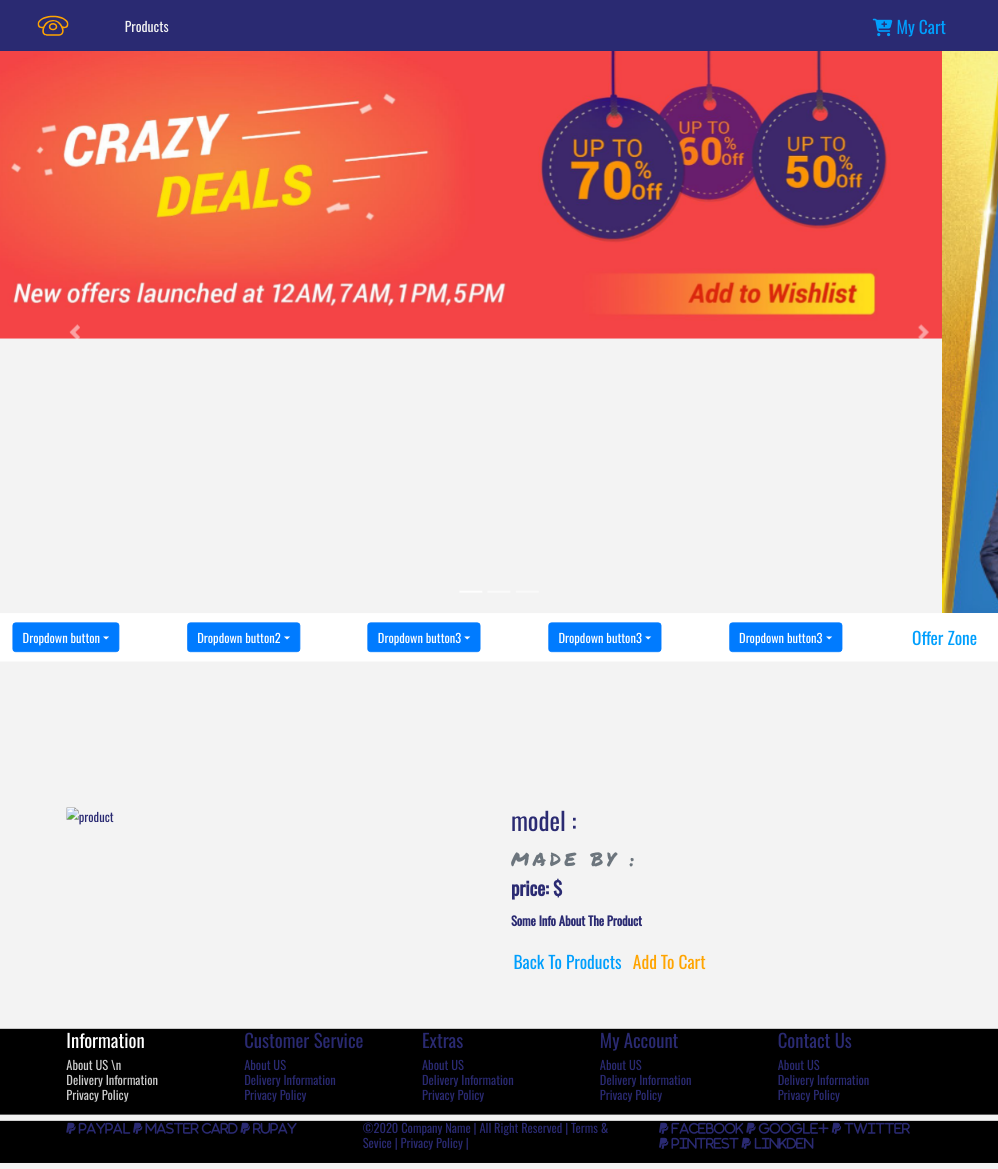
Repository: aditya1068/Online-Store
Page: /details
The author's editor kept a copy of each file at every save. The page is drawn from the files as they stood at one save, then again after the next save.
The browser window is 1280 px wide. The pictures show the whole page, at 78% of full size.
Some web libraries are served in a nearby version. The project was rebuilt for these pictures with package versions that can differ from the ones it lists, and the page was loaded fresh each time. Also part of the build but not shown: src/components/Products.js, src/components/Title.js, src/components/ProductsList.js, src/components/Cart.js, src/components/Default.js.

Above is the page before, as saved 2020-04-03 03:35:38.

### public/index.html
<!DOCTYPE html>
<html lang="en">
  <head>
    <meta charset="utf-8" />
    <link rel="icon" href="%PUBLIC_URL%/favicon.ico" />
    <meta name="viewport" content="width=device-width, initial-scale=1" />
    <meta name="theme-color" content="#000000" />
    <meta
      name="description"
      content="Web site created using create-react-app"
    />
    <link rel="apple-touch-icon" href="%PUBLIC_URL%/logo192.png" />
    <!--
      manifest.json provides metadata used when your web app is installed on a
      user's mobile device or desktop. See https://developers.google.com/web/fundamentals/web-app-manifest/
    -->
    <link rel="manifest" href="%PUBLIC_URL%/manifest.json" />
    <!--
      Notice the use of %PUBLIC_URL% in the tags above.
      It will be replaced with the URL of the `public` folder during the build.
      Only files inside the `public` folder can be referenced from the HTML.

      Unlike "/favicon.ico" or "favicon.ico", "%PUBLIC_URL%/favicon.ico" will
      work correctly both with client-side routing and a non-root public URL.
      Learn how to configure a non-root public URL by running `npm run build`.
    -->
    <!--Google Fonts-->
    <link href="https://fonts.googleapis.com/css?family=Oswald|Permanent+Marker&display=swap" rel="stylesheet">

    <!--Font Awesome-->
    <script src="https://kit.fontawesome.com/7ff98d2d13.js" crossorigin="anonymous"></script>
    <title>Store</title>
  </head>
  <body>
    <noscript>You need to enable JavaScript to run this app.</noscript>
    <div id="root"></div>
    <!--
      This HTML file is a template.
      If you open it directly in the browser, you will see an empty page.

      You can add webfonts, meta tags, or analytics to this file.
      The build step will place the bundled scripts into the <body> tag.

      To begin the development, run `npm start` or `yarn start`.
      To create a production bundle, use `npm run build` or `yarn build`.
    -->
  </body>
</html>

### src/index.js
import React from 'react';
import ReactDOM from 'react-dom';
import './index.css';
import 'bootstrap';
//import 'bootstrap/dist/css/bootstrap.css';
//import 'bootstrap/dist/js/bootstrap.js';
import App from './App';
import { BrowserRouter as Router } from 'react-router-dom';
import {ProductProvider } from './context';
import * as serviceWorker from './serviceWorker';

ReactDOM.render(
    <ProductProvider>

    <Router>
    <App/>
    </Router>

    </ProductProvider>,



 document.getElementById('root'));

// If you want your app to work offline and load faster, you can change
// unregister() to register() below. Note this comes with some pitfalls.
// Learn more about service workers: https://bit.ly/CRA-PWA
serviceWorker.unregister();

### src/App.js
import React, { Component } from "react";
import {Route,Switch} from 'react-router-dom';
import { BrowserRouter as  Router} from 'react-router-dom';
import './App.css';
import "bootstrap/dist/css/bootstrap.min.css";
import Navbar from "./components/Navbar";
import Navbar1 from "./components/Navbar1";
import ProductsList from "./components/ProductsList";
import Details from "./components/Details";
import Cart from "./components/Cart";
import Default from "./components/Default";
import Modal from './components/Modal';
import Slider from "./components/Slider";
import Footer from "./components/Footer";
import Footer2 from "./components/Footer2";

class App extends Component {
  render() {
    return(

      <Router>
        <Navbar />
        <Slider />
        <Navbar1 />

          <Switch>
            <Route path ="/" exact component ={
              () => (<ProductsList></ProductsList>)
            } />

            <Route path ="/details" exact component ={
              () => (<Details></Details>)
             } />

            <Route path ="/cart" exact component ={
              () => (<Cart></Cart>)
            } />

              <Route  component ={
              () => (<Default></Default>)
            } />

              </Switch>

            <Modal />
            <Footer /> <Footer2 />

  </Router>

    );
  }
}

export default App;

### src/App.css
:root{
  --mainBlue: #2a2a72;
  --lightBlue: #009ffd;
  --mainWhite: #f3f3f3;
  --mainDark: #232528;
  --mainYellow: #ffa400;
}
body{
    font-family: 'Oswald', sans-serif !important;
    background: var(--mainWhite)!important;
    color: var(--mainBlue)!important ;
}
.text-title{
font-family: 'Permanent Marker', cursive;
letter-spacing: 0.3rem;
text-transform: uppercase;
}
.text-blue{
  color: var(--mainBlue);
}
.text-bright{
  color: var(--lightBlue);
}
.btn-black{
  background: transparent;
  text-transform: capitalize;
  font-size: 0.6rem !important;
  color: var(--mainDark);
  border-radius: 0 !important;
  border: 0.1rem solid var(--mainDark) !important;
}

.btn-black:hover{
  background: var(--mainDark) !important;
  color: var(--mainWhite) !important;
}

.cart-icon{
  cursor: pointer;
  font-size: 1.2rem;
  color: var(--mainYellow);
}

### src/components/Navbar.js
import React, { Component } from 'react';
import {Link} from 'react-router-dom';
import logo from "../logo.svg";
import styled from "styled-components";
import {ButtonContainer} from  './button';
export default class Navbar extends Component{
    render(){
        return(

           <NavWrapper className="navbar navbar-expand-sm navbar-dark  px-sm-5">
               { /*
                https://www.iconfinder.com/icons/1243689/call_phone_icon
                Creative Commons (Attribution 3.0 Unported);
               https://www.iconfinder.com/Makoto_msk */}
    <Link to ='/' >
     <img src={logo} alt = "store" className="navbar-brand" />
    </Link>
    <ul className= "navbar-nav align-items-center">
        <li className="nav-item ml-5">
        <Link to= "/" className= "nav-link">
            products
            </Link>
            </li>
        </ul>
        <Link to= '/Cart' className="ml-auto">

        <ButtonContainer>
            <span className ="mr-2">
                <i className="fas fa-cart-plus"></i>  my cart
                </span> </ButtonContainer>
        </Link>
            </NavWrapper>
        );
    }
}

const NavWrapper =styled.nav`
background: var(--mainBlue);
.nav-link{
    color:var(--mainWhite)!important;
    font-size: 1.1rem;
    text-transform: capitalize;
}
`;

### src/components/Details.js
import React, { Component } from 'react';
import {ProductConsumer} from '../context';
import {Link} from 'react-router-dom';
import {ButtonContainer} from './button';
export default class Details extends Component{
    render(){
        return(

            <ProductConsumer>
                {(value)=>{
                    const {id,company,img,info,price,title,inCart}=
                    value.detailProduct;
                    return(
                        <div className="container py-5">
                            {/*title */}
                            <div className="row">
                                <div className="col-10 mx-auto text-center text-slanted text-blue my-5">
                                    <h1>{title}</h1>
                                    </div>
                            </div>

                            {/*end title */}
                            {/*Product info */}
                            <div className="row">
                                <div className="col-10 mx-auto col-md-6 my-3">

                                 <img src={img} className="img-fluid" alt="product"/>
                                </div>
                                {/* Product text */}
                                <div className="col-10 mx-auto col-md-6 my-3  text-capitalise">
                                    <h2>model :{title}</h2>
                                    <h4  className="text-title text-upercase text-muted mt-3 mb-2">
                                   made by : <span className="text-uppercase">
                                       {company}</span>  </h4>
                                       <h4 className="text-blue">
                                           <strong>
                                               price: <span>$</span>
                                          {price}
                                           </strong>
                                  </h4>
                                <p className="text-capitalize font-weight-bold mt-3 mb-0">
                                    some info about the product
                                </p>
                                <p className="text-muted lead">{info}</p>
                                {/* buttons */}
                                <div>
                                    <Link to="/">
                                        <ButtonContainer>back to products</ButtonContainer>
                                    </Link>
                                    <ButtonContainer cart
                                     disabled={inCart ? true : false}
                                     onClick={()=>{
                                        value.addToCart(id);
                                        value.openModal(id);
                                     }}
                                     >
                                        {inCart ? "inCart": "add to cart"}
                                    </ButtonContainer>

                                </div>
                            </div>
                        </div>
                        </div>
                    );
                }}

            </ProductConsumer>

        );
    }

}

### src/components/Modal.js
import React, { Component } from 'react'
import styled from 'styled-components';
import {ProductConsumer} from '../context';
import {ButtonContainer } from './button';
import {Link} from "react-router-dom";


export default class  extends Component {
    render() {
        return (
            <ProductConsumer>
                {(value) => {
                    const {modalOpen,closeModal} = value;
                    const {img,title,price} = value.modalProduct;

                    if(!modalOpen){
                        return null;
                    }

                    else{
                return (
                <ModalContainer>
    <div className="container">
    <div className="row">
      <div id="modal" className= "col-8 mx-auto col-md-6 col-lg-4 text-center text-capitalize">
    <h5>item added to the cart</h5>
    <img src={img} className="img-fluid" alt="product" />
    <h5>{title}</h5>
    <h5 className= "text-muted">price : $ {price} </h5>
    <Link to ='/'>
        <ButtonContainer onClick={()=>closeModal()}>
            continue Shopping
        </ButtonContainer>
    </Link>
    <Link to ='/cart'>
        <ButtonContainer cart onClick={()=>closeModal()}>
            go to Cart
        </ButtonContainer>
    </Link>
    </div>
    </div> </div>
                        </ModalContainer>
                        );

                }
            }}
            </ProductConsumer>
        );
    }
}

const ModalContainer = styled.div`
position:fixed;
top: 0;
left: 0;
right: 0;
bottom: 0;
background: rgba(0,0,0,0.3);
display: flex;
align-items: center;
justufy-content: center;
#modal{
    background: var(--mainWhite);
}
`;

### src/components/Slider.js
import React, { Component } from 'react'
import Carousel from 'react-bootstrap/Carousel'
//import Carousel from 'react-multi-carousel';
import 'react-multi-carousel/lib/styles.css';
import {Link} from 'react-router-dom';

export default class Slider extends Component {
    render() {
        return (
            <div>
                <Carousel>
  <Carousel.Item>
    <img
      className="d-block w-100"
      src="img/slider1.jpg"
      alt="First slide"
    />
    <Carousel.Caption>
      <h3></h3>
      <p></p>
    </Carousel.Caption>
  </Carousel.Item>
  <Carousel.Item>
    <img
      className="d-block w-100"
      src="img/slider2.jpg"
      alt="Second slide"
    />

    <Carousel.Caption>

    </Carousel.Caption>
  </Carousel.Item>
  <Carousel.Item>
    <img
      className="d-block w-100"
      src="img/slider3.jpg"
      alt="Third slide"
    />


  </Carousel.Item>
</Carousel>
            </div>
        )
    }
}

### src/components/Footer.js
import React, { Component } from 'react';


export default class Footer extends Component {
    render() {
      return (
          <div className="main-footer"  >
             <h1 style={{backgroundColor: "black"}}>
              <div className= "container">
              <div className= "row">
                  {/* column1 */}
                  <div className= "col">
                  <h4 style={{color: "#ffffff"}}>Information</h4>
                      <ul className="list-unstyled" style={{color: "#cccccc"}} >
                         <h6> <li>About US \n</li>
                          <li>Delivery Information</li>
                          <li>Privacy Policy</li></h6>
                      </ul>
                  </div>
                  {/* column2 */}
                  <div className= "col">
                      <h4>Customer Service</h4>
                      <ul className="list-unstyled">
                         <h6> <li>About US</li>
                          <li>Delivery Information</li>
                          <li>Privacy Policy</li></h6>
                      </ul>
                  </div>
                  {/* column3 */}
                  <div className= "col">
                      <h4>Extras</h4>
                      <ul className="list-unstyled">
                         <h6> <li>About US</li>
                          <li>Delivery Information</li>
                          <li>Privacy Policy</li></h6>
                      </ul>
                  </div>
                  {/*column 4 */}
                  <div className= "col">
                      <h4>My Account</h4>
                      <ul className="list-unstyled">
                        <h6>  <li>About US</li>
                          <li>Delivery Information</li>
                          <li>Privacy Policy</li></h6>
                      </ul>
                  </div>
                   {/*column 5 */}
                   <div className= "col">
                      <h4>Contact Us</h4>
                      <ul className="list-unstyled">
                        <h6>  <li>About US</li>
                          <li>Delivery Information</li>
                          <li>Privacy Policy</li></h6>
                      </ul>
                  </div>



                  </div>
              </div></h1>
          </div>

      )
      }}

### src/components/Footer2.js
import React, { Component } from 'react';

export default class Footer2 extends Component {
    render() {
      return (
        <div className="second-footer">
            <h1 style={{backgroundColor: "black"}}>
              <div className= "container">
              <div className= "row">
                  {/* column1 */}
                  <div className= "col">
                      <ul className="list-unstyled">
                        <h6> <i className="fab fa-paypal"> Paypal </i> {""}
                          <i className="fab fa-paypal"> Master Card </i> {""}
                          <i className="fab fa-paypal"> Rupay </i> {""}</h6>
                      </ul>
                  </div>
                          {/* column2 */}
                   <div className= "col">

                      <ul className="list-unstyled">
                         <h6>  &copy;{(new Date().getFullYear())} Company Name | All Right Reserved |
                           Terms & Sevice | Privacy Policy |    </h6>
                      </ul>
                  </div>

                        {/*Column 3*/}
                        <div className= "col">
                      <ul className="list-unstyled">
                     <h6><i className="fab fa-paypal"> Facebook </i> {""}
                          <i className="fab fa-paypal"> Google+ </i> {""}
                          <i className="fab fa-paypal"> Twitter </i> {""}
                          <i className="fab fa-paypal"> Pintrest </i> {""}
                          <i className="fab fa-paypal"> Linkden </i> {""}</h6>

                      </ul>
                  </div>
                     </div>
                  </div></h1>
                 </div>



      )
    }
}

### src/components/button.js
import styled from "styled-components"



export const ButtonContainer = styled.button`
text-transform:capitalize;
font-size:1.4rem;
background: transparent;
border: 0.05 rem solid var(--lightBlue);
color: var(--lightBlue);
border-color: ${props => (props.cart? "var(--mainYellow)": "var--(lightBlue)")};
color ${prop => prop.cart ? "var(--mainYellow)": "var--(lightBlue)"};
border-radius: 0.5rem;
padding:0.2rem;
cursor:pointer;
margin:0.2rem 0.5rem 0.2rem 0;
transition:all 0.5s ease-in-out;
&:hover: {
    background:${prop => prop.cart ? "var(--mainYellow)": "var--(lightBlue)"};
    color:var(--mainBlue);
}
&:focus{
    outLine: none;
}
`;

Loaded but not shown: src/index.css (common file); src/serviceWorker.js (common file); src/data.js (99 lines, source omitted); src/components/Navbar1.js (89 lines, source omitted); src/context.js (177 lines, source omitted)

After the next save:
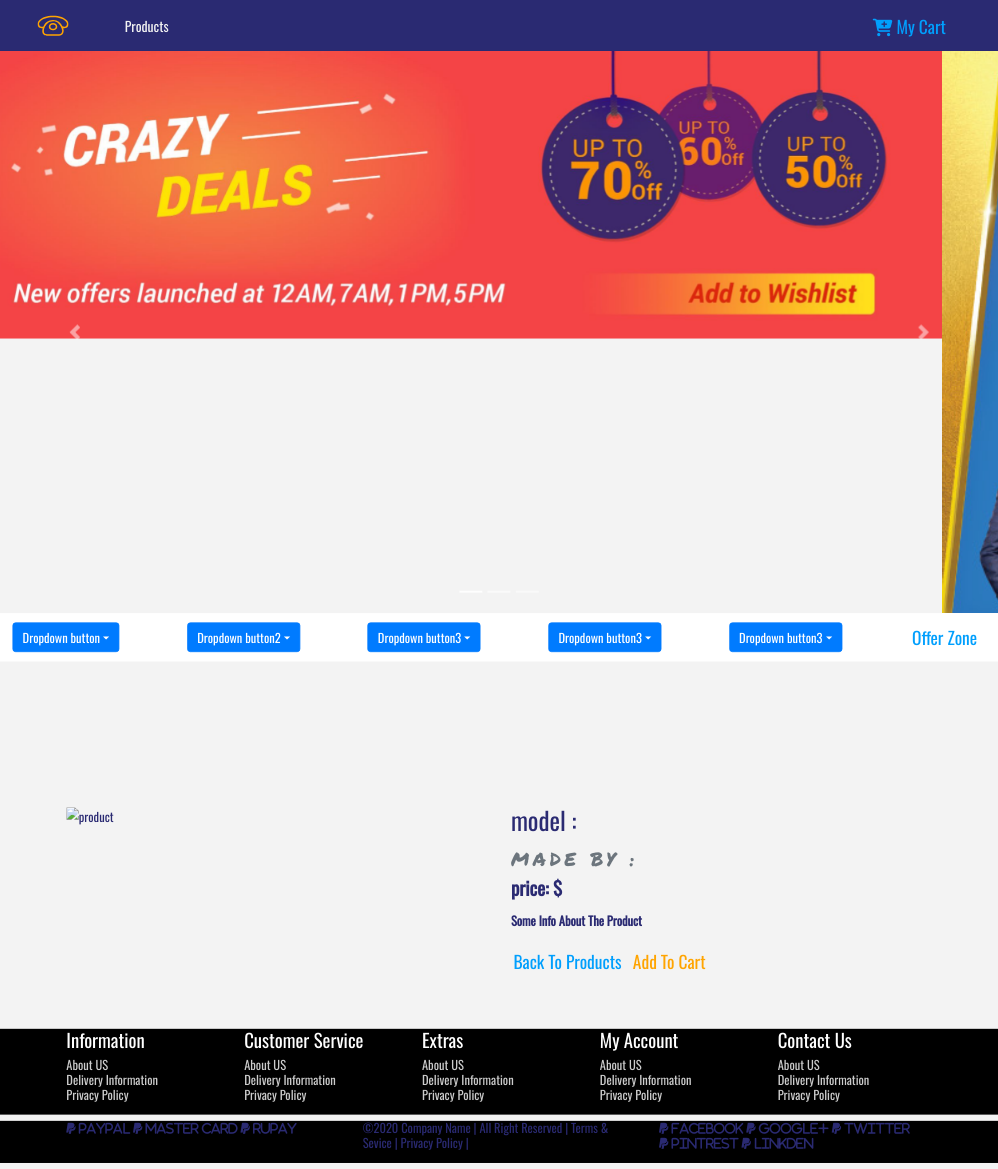
Saved 2 min 13 s later.
--- a/src/components/Footer.js
+++ b/src/components/Footer.js
@@ -12,15 +12,15 @@ export default class Footer extends Component {
                   <div className= "col">
                   <h4 style={{color: "#ffffff"}}>Information</h4>
                       <ul className="list-unstyled" style={{color: "#cccccc"}} >
-                         <h6> <li>About US \n</li>
+                         <h6> <li>About US </li>
                           <li>Delivery Information</li>
                           <li>Privacy Policy</li></h6>
                       </ul>
                   </div>
                   {/* column2 */}
                   <div className= "col">
-                      <h4>Customer Service</h4>
-                      <ul className="list-unstyled">
+                      <h4 style={{color: "#ffffff"}}>Customer Service</h4>
+                      <ul className="list-unstyled" style={{color: "#cccccc"}}>
                          <h6> <li>About US</li>
                           <li>Delivery Information</li>
                           <li>Privacy Policy</li></h6>
@@ -28,8 +28,8 @@ export default class Footer extends Component {
                   </div>
                   {/* column3 */}
                   <div className= "col">
-                      <h4>Extras</h4>
-                      <ul className="list-unstyled">
+                      <h4 style={{color: "#ffffff"}}>Extras</h4>
+                      <ul className="list-unstyled" style={{color: "#cccccc"}}>
                          <h6> <li>About US</li>
                           <li>Delivery Information</li>
                           <li>Privacy Policy</li></h6>
@@ -37,8 +37,8 @@ export default class Footer extends Component {
                   </div>
                   {/*column 4 */}
                   <div className= "col">
-                      <h4>My Account</h4>
-                      <ul className="list-unstyled">
+                      <h4 style={{color: "#ffffff"}}>My Account</h4>
+                      <ul className="list-unstyled" style={{color: "#cccccc"}}>
                         <h6>  <li>About US</li>
                           <li>Delivery Information</li>
                           <li>Privacy Policy</li></h6>
@@ -46,8 +46,8 @@ export default class Footer extends Component {
                   </div>
                    {/*column 5 */}
                    <div className= "col">
-                      <h4>Contact Us</h4>
-                      <ul className="list-unstyled">
+                      <h4 style={{color: "#ffffff"}} >Contact Us</h4>
+                      <ul className="list-unstyled" style={{color: "#cccccc"}}>
                         <h6>  <li>About US</li>
                           <li>Delivery Information</li>
                           <li>Privacy Policy</li></h6>
